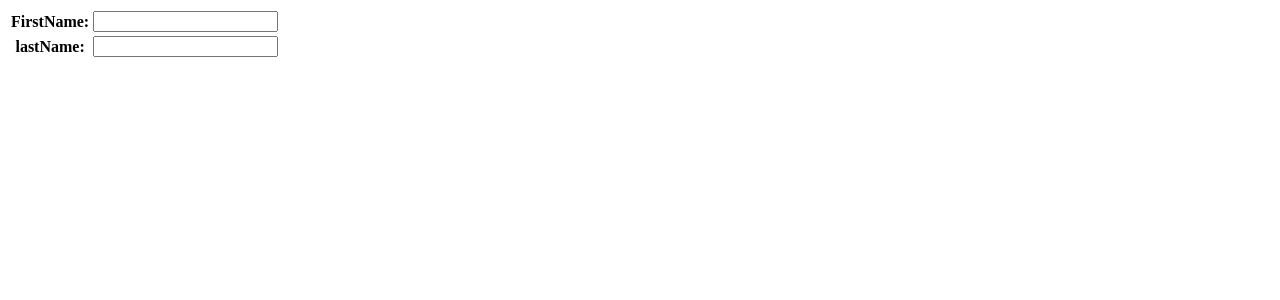
Repository: vikash9562/AdvanceJava
Page: http://localhost/DynamicProject/UserRegistration.jsp
The author's editor kept a copy of each file at every save. The page is drawn from the files as they stood at one save, then again after the next save.
The browser window is 1280 px wide. The pictures show the whole page.
The page is served by Tomcat 9.

Above is the page before, as saved 2023-08-14 08:44:53.

After the next save:
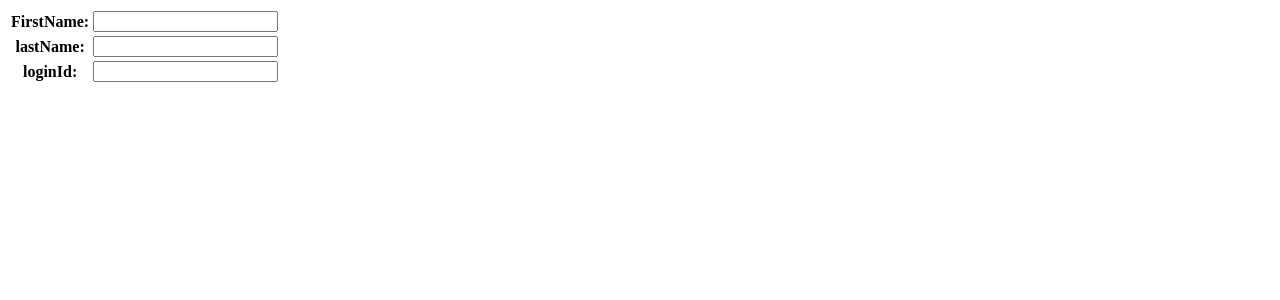
Saved 47 s later.
--- a/advance java/DynamicProject/WebContent/UserRegistration.jsp
+++ b/advance java/DynamicProject/WebContent/UserRegistration.jsp
@@ -19,6 +19,11 @@
 								<td><Input type="text"name="lastName"></td>
 							</tr>
 
+							<tr>
+								<th> loginId:</th>
+								<td><Input type="text"name="loginId"></td>
+							</tr>
+
 					</table>
 		</form>
 </body>
